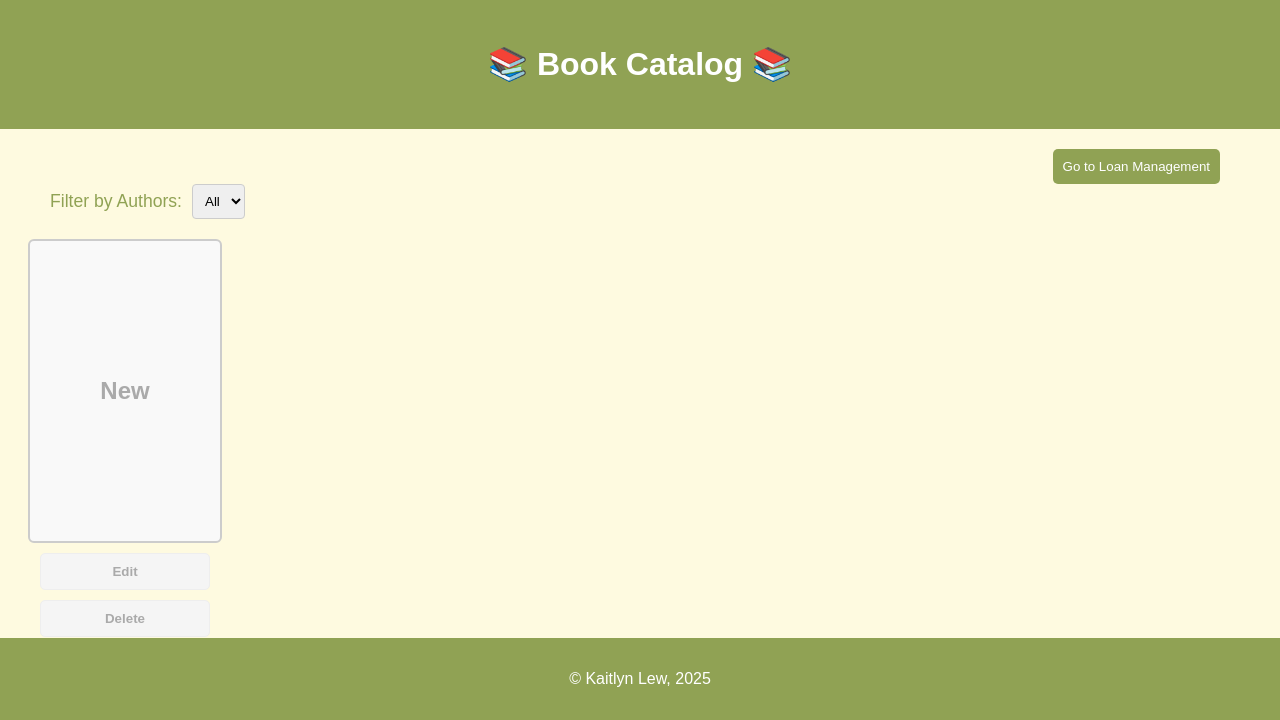
Repository: kaitlynlew/Data-Fetching
Page: /
An editor plug-in stored every save of this project. The page is shown before and after the next save, followed by the edit.
The browser window is 1280 px wide. The pictures show the whole page.
The project was rebuilt for these pictures with package versions that can differ from the ones it lists, and the page was loaded fresh each time. Also part of the build but not shown: vite.config.js, src/components/BookCard.jsx, src/components/BookForm.jsx, src/components/BookDetails.jsx, src/components/LoanManager.jsx.

Above is the page before, as saved 2025-11-09 22:22:29.

### index.html
<!doctype html>
<html lang="en">

<head>
  <meta charset="UTF-8" />
  <meta name="viewport" content="width=device-width, initial-scale=1.0" />
  <title>📚 Book Catalog</title>
</head>

<body>
  <div id="root"></div>
  <script type="module" src="/src/main.jsx"></script>
</body>

</html>

### src/App.jsx
import React, { useState, useEffect } from "react";
import Header from "./components/Header";
import BookList from "./components/BookList";
import LoanManager from "./components/LoanManager";
import "./index.css";

const LOCAL_STORAGE_BOOKS_KEY = 'book-catalog-data';
const LOCAL_STORAGE_LOANS_KEY = 'book-loan-data';

function App() {
  const [view, setView] = useState('catalog');
  const [isDetailsViewActive, setIsDetailsViewActive] = useState(false); // <-- RESTORED: NEW STATE

  const [books, setBooks] = useState(() => {
    try {
      const storedBooks = localStorage.getItem(LOCAL_STORAGE_BOOKS_KEY);
      return storedBooks ? JSON.parse(storedBooks) : [];
    } catch (error) {
      console.error("Failed to load books from localStorage:", error);
      return [];
    }
  });

  const [loans, setLoans] = useState(() => {
    try {
      const storedLoans = localStorage.getItem(LOCAL_STORAGE_LOANS_KEY);
      return storedLoans ? JSON.parse(storedLoans) : [];
    } catch (error) {
      console.error("Failed to load loans from localStorage:", error);
      return [];
    }
  });

  useEffect(() => {
    try {
      localStorage.setItem(LOCAL_STORAGE_BOOKS_KEY, JSON.stringify(books));
    } catch (error) {
      console.error("Failed to save books to localStorage:", error);
    }
  }, [books]);

  useEffect(() => {
    try {
      localStorage.setItem(LOCAL_STORAGE_LOANS_KEY, JSON.stringify(loans));
    } catch (error) {
      console.error("Failed to save loans to localStorage:", error);
    }
  }, [loans]);

  const handleAddBook = (newBook) => {
    setBooks(prevBooks => [...prevBooks, newBook]);
  };

  const handleUpdateBook = (updatedBook) => {
    setBooks(prevBooks =>
      prevBooks.map(book => book.isbn13 === updatedBook.isbn13 ? updatedBook : book)
    );
  };

  const handleDeleteBook = (isbn13) => {
    setBooks(prevBooks => prevBooks.filter(book => book.isbn13 !== isbn13));
    setLoans(prevLoans => prevLoans.filter(loan => loan.isbn13 !== isbn13));
  };

  const handleLoanBook = (newLoan) => {
    setLoans(prevLoans => [...prevLoans, newLoan]);
  };

  // RESTORED: HANDLER TO UPDATE DETAILS VIEW STATE
  const handleDetailsViewChange = (isActive) => {
      setIsDetailsViewActive(isActive);
  };

  const currentView = view === 'catalog' ? (
    <BookList
      books={books}
      loans={loans}
      onAddBook={handleAddBook}
      onUpdateBook={handleUpdateBook}
      onDeleteBook={handleDeleteBook}
      onDetailsViewChange={handleDetailsViewChange} // <-- RESTORED: NEW PROP
    />
  ) : (
    <LoanManager
      books={books}
      loans={loans}
      onLoanBook={handleLoanBook}
      onSwitchView={setView}
    />
  );

  return (
    <div className="app">
      <Header />
      <div className="main-content-wrapper">
        {/* RESTORED: CONDITIONAL RENDERING OF THE VIEW SWITCH BUTTON */}
        {!isDetailsViewActive && (
            <div className="view-switch-container">
                <button
                    className="update-btn"
                    onClick={() => setView(view === 'catalog' ? 'loans' : 'catalog')}
                >
                    {view === 'catalog' ? 'Go to Loan Management' : 'Go to Book Catalog'}
                </button>
            </div>
        )}
        <div className="main-content">
          {currentView}
        </div>
      </div>
      <footer className="footer">
        © Kaitlyn Lew, 2025
      </footer>
    </div>
  );
}

export default App;

### src/components/Header.jsx
import React from "react";
import "../index.css";

function Header() {
return (
    <header className="header">
    <h1>📚 Book Catalog 📚</h1>
    </header>
);
}

export default Header;

### src/components/BookList.jsx
import React, { useState, useMemo } from "react";
import BookCard from "./BookCard";
import NewCard from "./NewCard";
import BookForm from "./BookForm";
import AuthorFilter from "./AuthorFilter";
import BookDetails from "./BookDetails"; // <-- Ensure this component exists
import "../index.css";

// RESTORED: onDetailsViewChange prop
const BookList = ({ books, loans, onAddBook, onUpdateBook, onDeleteBook, onDetailsViewChange }) => {
  const [selectedBookIsbn, setSelectedBookIsbn] = useState(null);
  const [isEditingModalOpen, setIsEditingModalOpen] = useState(false);
  const [authorFilter, setAuthorFilter] = useState("");
  const [detailedBookIsbn, setDetailedBookIsbn] = useState(null); // RESTORED: details state

  const loanedIsbns = useMemo(() => new Set(loans.map(loan => loan.isbn13)), [loans]);

  const handleSelect = (isbn13) => {
    // Prevent selection change if the details view is active
    if (detailedBookIsbn) return;
    setSelectedBookIsbn(prevIsbn => (prevIsbn === isbn13 ? null : isbn13));
  };

  // RESTORED: Handler to open the details view
  const handleViewDetails = (isbn13) => {
      setDetailedBookIsbn(isbn13);
      setSelectedBookIsbn(null); // Clear selection when viewing details
      if (onDetailsViewChange) onDetailsViewChange(true); // <-- Notify parent
  };

  // RESTORED: Handler to close the details view
  const handleCloseDetails = () => {
      setDetailedBookIsbn(null);
      if (onDetailsViewChange) onDetailsViewChange(false); // <-- Notify parent
  };

  const handleAddBook = onAddBook;

  const handleDelete = () => {
    if (!selectedBookIsbn) return;

    onDeleteBook(selectedBookIsbn);
    setSelectedBookIsbn(null);
  };

  const handleUpdate = (updatedBook) => {
    onUpdateBook(updatedBook);
    setSelectedBookIsbn(null);
  };

  const selectedBookIsOnLoan = selectedBookIsbn && loanedIsbns.has(selectedBookIsbn);

  const handleEditClick = () => {
      if (selectedBookIsbn && !selectedBookIsOnLoan) {
          setIsEditingModalOpen(true);
      }
  };

  const selectedBook = useMemo(() => {
    return books.find(book => book.isbn13 === selectedBookIsbn);
  }, [books, selectedBookIsbn]);

  // Find the book data for the details view
  const detailedBook = useMemo(() => {
    return books.find(book => book.isbn13 === detailedBookIsbn);
  }, [books, detailedBookIsbn]);

  const uniqueAuthors = useMemo(() => {
    const authors = books.map((book) => book.author).filter(Boolean);
    return [...new Set(authors)].sort();
  }, [books]);

  const filteredBooks = useMemo(() => {
    return books.filter((book) =>
      !authorFilter || book.author === authorFilter
    );
  }, [books, authorFilter]);

  const handleFilterChange = (e) => {
      setAuthorFilter(e.target.value);
      setSelectedBookIsbn(null);
  };


  // --- RESTORED: Conditional Rendering for BookDetails ---
  if (detailedBook) {
      return <BookDetails book={detailedBook} onClose={handleCloseDetails} />;
  }
  // --- End Conditional Rendering ---


  return (
    <div className="book-list-container">

      <div className="filter-and-list">
        <AuthorFilter
            uniqueAuthors={uniqueAuthors}
            authorFilter={authorFilter}
            onFilterChange={handleFilterChange}
        />
      </div>

      <div className="booklist-layout">

          <div className="controls-panel">

              <NewCard addBook={handleAddBook} />

              <div className="action-buttons">
                  <button
                      onClick={handleEditClick}
                      disabled={!selectedBookIsbn || selectedBookIsOnLoan}
                      className="update-btn"
                      title={selectedBookIsOnLoan ? "Cannot edit a book that is on loan." : "Edit Book"}
                  >
                      Edit
                  </button>

                  <button
                      onClick={handleDelete}
                      disabled={!selectedBookIsbn || selectedBookIsOnLoan}
                      className="delete-btn"
                      title={selectedBookIsOnLoan ? "Cannot delete a book that is on loan." : "Delete Book"}
                  >
                      Delete
                  </button>
              </div>

          </div>

          <div className="books-grid">

              {filteredBooks.map((book) => (
                  <BookCard
                      key={book.isbn13}
                      {...book}
                      selected={book.isbn13 === selectedBookIsbn}
                      onSelect={() => handleSelect(book.isbn13)}
                      isLoaned={loanedIsbns.has(book.isbn13)}
                      onViewDetails={() => handleViewDetails(book.isbn13)} // <-- RESTORED
                  />
              ))}
          </div>
      </div>

      {isEditingModalOpen && selectedBook && (
        <BookForm
          onSubmit={handleUpdate}
          initialData={selectedBook}
          isEditing={true}
          closeModal={() => setIsEditingModalOpen(false)}
        />
      )}
    </div>

  );
};

export default BookList;

### src/index.css
body {
    background-color: #fefae0; /* Light beige background */
    font-family: sans-serif;
    margin: 0;
    padding: 0;
}

.app {
    min-height: 100vh;
    display: flex;
    flex-direction: column;
}

.header {
    margin: 0;
    color: white;
    text-align: center;
    background-color: #90a254; /* Header green */
    padding: 1.5rem;
}

.footer {
    margin-top: auto;
    background-color: #90a254;
    color: white;
    text-align: center;
    padding: 2rem;
}

.main-content-wrapper {
    max-width: 1200px;
    margin: 0 auto;
    width: 100%;
    flex-grow: 1;
}

.view-switch-container {
    padding: 20px 20px 0 20px;
    text-align: right;
}

/* --- New Card --- */

.new-card {
    width: 170px;
    height: 280px;
    display: flex;
    align-items: center;
    justify-content: center;
    border: 2.5px solid #ccc;
    border-radius: 6px;
    background-color: #f9f9f9;
    color: #aaa;
    font-size: 1.5rem;
    font-weight: bold;
    padding: 10px;
    text-align: center;
    position: relative;
    overflow: hidden;
    cursor: pointer;
}

.new-card:hover {
    border-color: #90a254;
    color: #90a254;
}

/* --- Book List Layout --- */

.booklist {
    max-width: 1200px;
    margin: 0 auto;
    padding: 0 20px 20px;
    width: 100%;
    box-sizing: border-box;
}

.filter-and-list {
    /* Styles for the row containing 'Filter by Authors' */
    padding: 0 10px;
    margin-bottom: 10px;
}

.filter {
    color: #90a254;
    font-size: 1.1rem;
    display: flex;
    align-items: center;
    gap: 10px;
}

.filter-btn {
    padding: 8px;
    border: 1px solid #ccc;
    border-radius: 4px;
    cursor: pointer;
}

.booklist-layout {
    /* Main container for the left controls and the right grid */
    display: flex;
    gap: 30px;
    margin-top: 20px;
}

.controls-panel {
    /* Left column for New card and action buttons */
    width: 170px; /* Match width of NewCard/BookCard */
    display: flex;
    flex-direction: column;
    align-items: center;
    gap: 10px;
    flex-shrink: 0;
}

.action-buttons {
    /* Container for Edit/Delete buttons */
    display: flex;
    flex-direction: column;
    gap: 10px;
    width: 100%;
}

.books-grid {
    /* Right side container for the book cards */
    display: flex;
    flex-wrap: wrap;
    justify-content: flex-start;
    gap: 20px;
    flex-grow: 1;
}

/* --- Book Card --- */

.book-card {
    width: 170px;
    height: 280px;
    border: 2.5px solid #90a254;
    border-radius: 6px;
    padding: 10px;
    text-align: center;
    position: relative;
    display: flex;
    flex-direction: column;
    justify-content: space-between;
    align-items: center;
    overflow: hidden;
    cursor: pointer;
    background-color: white;
}

.book-image {
    width: 100%;
    height: 150px;
    object-fit: cover;
}

.book-card.selected {
    border: 2.5px solid #657337;
    background-color: #bac989;
}

.book-card.loaned {
    border: 2.5px solid #a81c1c;
    opacity: 0.8;
}

.loan-badge {
    position: absolute;
    top: 10px;
    right: 10px;
    padding: 5px 10px;
    border-radius: 4px;
    background-color: #a81c1c;
    color: white;
    font-weight: bold;
    font-size: 0.8rem;
}

.book-card {
    /* ... existing book-card styles ... */
    position: relative;
    padding-bottom: 40px; /* Make space for the button */
}

/* --- Details --- */

.details-btn {
    position: absolute;
    bottom: 10px; /* Position it above the card bottom */
    left: 50%;
    transform: translateX(-50%);
    width: 90%;
    padding: 6px;
    background-color: #f0f0f0;
    color: #657337;
    border: 1px solid #ccc;
    border-radius: 4px;
    cursor: pointer;
    font-size: 0.85rem;
    font-weight: bold;
    transition: background-color 0.2s;
}

.details-btn:hover {
    background-color: #e0e0e0;
}

/* --- Action Button (Edit/Delete) --- */

.update-btn, .delete-btn {
    width: 100%;
    padding: 10px;
    background: #e0e0e0;
    color: #333;
    border: 1px solid #ccc;
    border-radius: 5px;
    cursor: pointer;
    font-weight: bold;
    transition: background-color 0.2s;
}

/* Styles for the "Go to Loan Management" button */
.view-switch-container .update-btn {
    width: auto;
    background: #90a254;
    color: white;
    border: none;
    font-weight: normal;
}

.view-switch-container .update-btn:hover {
    background: #657337;
}

.update-btn:hover:not(:disabled), .delete-btn:hover:not(:disabled) {
    background: #d0d0d0;
}

.delete-btn {
    background: #e0e0e0;
    color: #333;
    border: 1px solid #ccc;
}

.update-btn:disabled, .delete-btn:disabled {
    background: #f5f5f5;
    color: #aaa;
    cursor: not-allowed;
    border-color: #eee;
}

/* --- Modal and Form --- */

.modal-container {
    position: fixed;
    top: 0;
    left: 0;
    width: 100%;
    height: 100%;
    background-color: rgba(0, 0, 0, 0.5);
    display: flex;
    justify-content: center;
    align-items: center;
    z-index: 1000;
}

.modal-form {
    background-color: #fdf4db;
    padding: 30px;
    border-radius: 8px;
    width: 400px;
    max-width: 90%;
    box-shadow: 0 4px 6px rgba(0, 0, 0, 0.1);
}

.modal-form h2 {
    color: #90a254;
    margin-top: 0;
    border-bottom: 2px solid #90a254;
    padding-bottom: 10px;
    margin-bottom: 20px;
}

.modal-form input,
.modal-form select {
    padding: 10px;
    border: 1px solid #ccc;
    border-radius: 5px;
    width: 100%;
    box-sizing: border-box;
}

.save-btn {
    width: 100%;
    padding: 10px;
    background: #90a254;
    color: white;
    border: none;
    border-radius: 5px;
    cursor: pointer;
    margin-top: 15px;
}

.form-control {
    display: flex;
    align-items: center;
    margin-bottom: 15px;
    gap: 10px;
}

.form-control label {
    width: 150px;
    flex-shrink: 0;
}

/* --- Loan Manager --- */

.loan-manager-content {
    max-width: 1200px;
    margin: 20px auto;
    padding: 20px;
    display: flex;
    flex-direction: column;
    gap: 30px;
}

.loan-header-controls {
    display: flex;
    justify-content: flex-start;
}

.loan-list-container {
    background-color: #fdf4db;
    padding: 20px;
    border-radius: 8px;
    border: 1px solid #90a254;
}

.loan-list-container h2 {
    margin-top: 0;
}

.loan-form {
    display: flex;
    flex-direction: column;
    gap: 15px;
}

.loan-form .form-control {
    display: flex;
    flex-direction: column;
    align-items: flex-start;
    gap: 5px;
}

.loan-form .form-control label {
    font-weight: bold;
    color: #657337;
}

.loan-form input[type="text"],
.loan-form input[type="number"],
.loan-form select.filter-btn {
    padding: 8px;
    border: 1px solid #ccc;
    border-radius: 4px;
    width: 100%;
    box-sizing: border-box;
    background-color: white;
}

.loan-list {
    list-style: none;
    padding: 0;
    margin-top: 15px;
}

.loan-item {
    display: flex;
    justify-content: space-between;
    align-items: center;
    padding: 15px 0;
    border-bottom: 1px dashed #90a254;
}

.loan-item:last-child {
    border-bottom: none;
}


/* --- Book Details --- */

.book-details-container {
    padding: 40px;
    background-color: white;
    border-radius: 10px;
    box-shadow: 0 4px 12px rgba(0, 0, 0, 0.1);
    max-width: 1000px;
    margin: 20px auto;
}

.dismiss-btn {
    background: none;
    border: 1px solid #ccc;
    color: #666;
    padding: 8px 15px;
    border-radius: 4px;
    cursor: pointer;
    margin-bottom: 20px;
    font-weight: bold;
    transition: all 0.2s;
}

.dismiss-btn:hover {
    background-color: #f0f0f0;
    border-color: #999;
}

.details-header {
    display: flex;
    gap: 40px;
    margin-bottom: 40px;
    padding-bottom: 20px;
    border-bottom: 1px solid #eee;
    align-items: flex-start;
}

.details-book-image {
    width: 180px;
    height: 220px;
    object-fit: contain;
    border-radius: 4px;
    box-shadow: 0 2px 5px rgba(0, 0, 0, 0.1);
    flex-shrink: 0;
}

.details-info h2 {
    margin-top: 0;
    color: #333;
    font-size: 2em;
}

.details-info p {
    margin: 8px 0;
    line-height: 1.4;
}

.similar-books-section h3 {
    border-bottom: 2px solid #90a254;
    padding-bottom: 5px;
    margin-bottom: 20px;
    color: #657337;
    font-size: 1.5em;
}

.similar-books-grid {
    display: grid;
    grid-template-columns: repeat(auto-fill, minmax(140px, 1fr));
    gap: 20px;
}

.similar-book-card {
    text-align: center;
    padding: 10px;
    border: 1px solid #eee;
    border-radius: 4px;
    background-color: #f9f9f9;
}

.similar-book-image {
    width: 100px;
    height: 120px;
    object-fit: contain;
    margin-bottom: 10px;
}

.similar-book-subtitle {
    font-size: 0.8em;
    color: #999;
}

### src/components/NewCard.jsx
import { useState } from "react";
import "../index.css";
import BookForm from "./BookForm.jsx"

function NewCard({ addBook }) {

    const [isModalOpen, setIsModalOpen] = useState(false);

    function openModal() {
        setIsModalOpen(true);
    }

    function closeModal() {
        setIsModalOpen(false);
    }

    const handleFormSubmit = (data) => {
        addBook(data);
    }

    return(
        <>
            <div className="new-card" onClick={openModal}>
                <span>New</span>
            </div>

            {isModalOpen && (
                <BookForm
                    onSubmit={handleFormSubmit}
                    initialData={null}
                    isEditing={false}
                    closeModal={closeModal}
                />
            )}
        </>
    )
}

export default NewCard;

### src/components/AuthorFilter.jsx
import React from "react";
import "../index.css";

function AuthorFilter({ uniqueAuthors, authorFilter, onFilterChange }) {
    return (
        <div className="filter">
            Filter by Authors:
            <select
                className="filter-btn"
                value={authorFilter}
                onChange={onFilterChange}
            >
                <option value="">All</option>
                {uniqueAuthors.map((author) => (
                    <option key={author} value={author}>
                        {author}
                    </option>
                ))}
            </select>
        </div>
    );
}

export default AuthorFilter;

Loaded but not shown: src/main.jsx (common file)

After the next save:
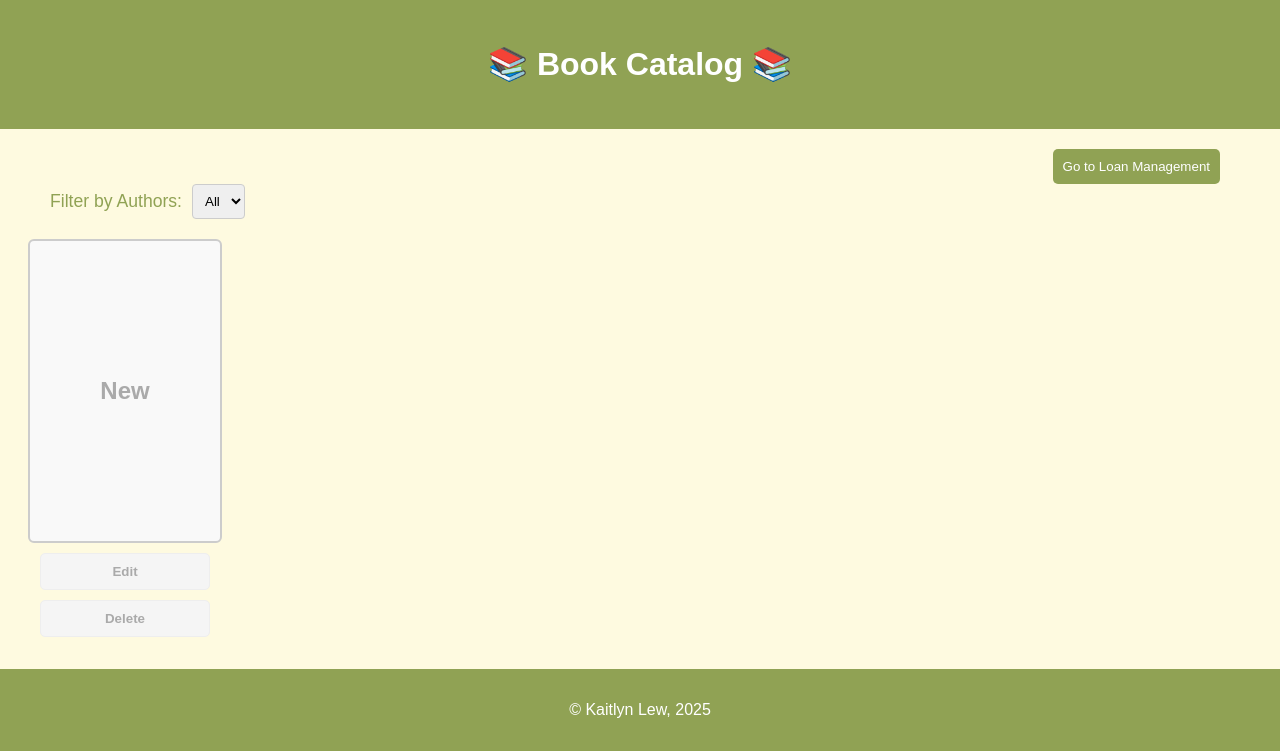
Saved 6 min 51 s later.
--- a/src/index.css
+++ b/src/index.css
@@ -32,6 +32,7 @@ body {
     margin: 0 auto;
     width: 100%;
     flex-grow: 1;
+    padding-bottom: 2rem;
 }
 
 .view-switch-container {
